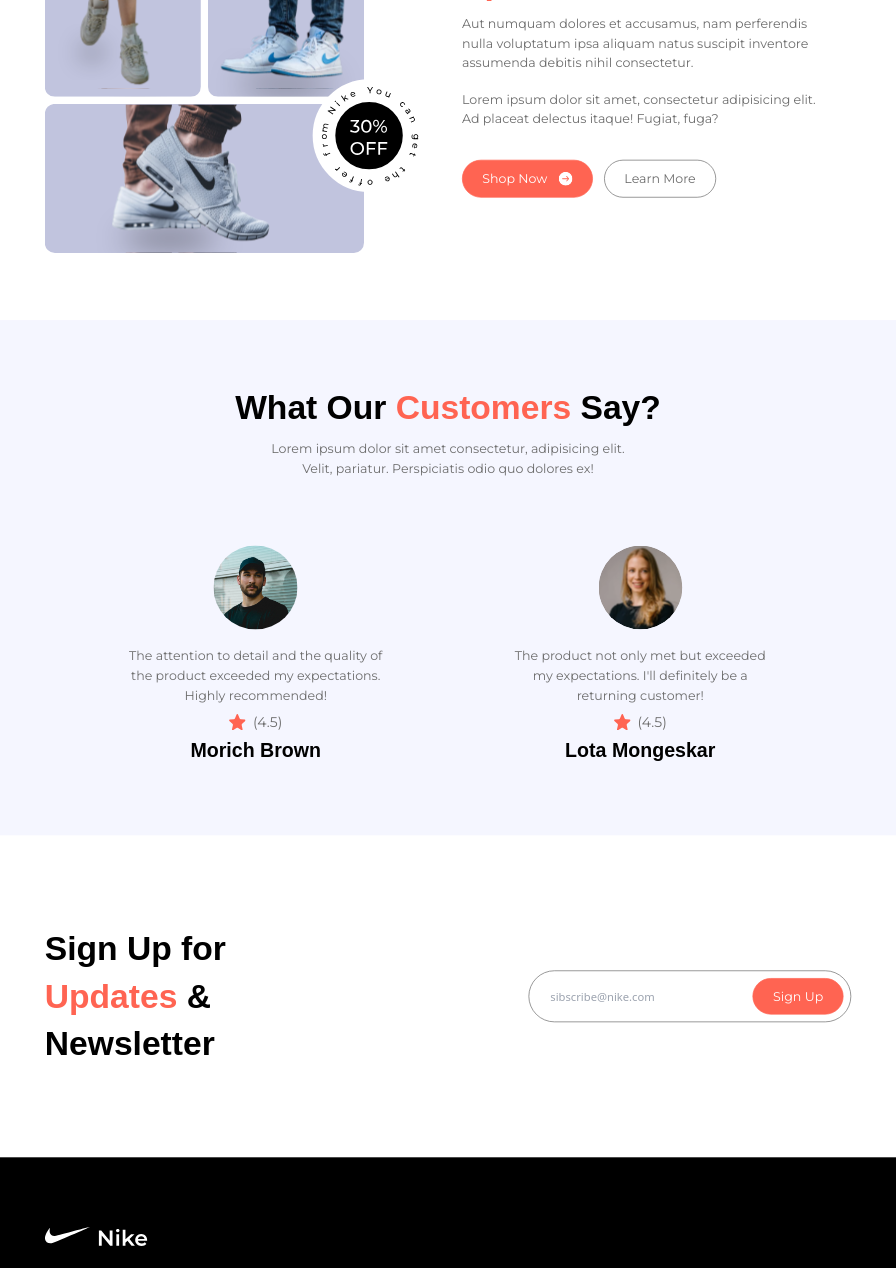
Repository: tynoschuck/nike-landpage
Page: /
These files come from the project's save history. The page is drawn as it stood at one moment and after the next save; the edit follows.
The browser window is 1280 px wide. The pictures show the part of the page from y = 2976 to 4896 px (the page is 4788 px tall before and 4896 px after), at 70% of full size.
Some web fonts or font styles are not loaded; a fallback is used. The project was rebuilt for these pictures with package versions that can differ from the ones it lists, and the page was loaded fresh each time. Also part of the build but not shown: vite.config.js.

Above is the page before, as saved 2023-12-01 14:54:26.

### index.html
<!doctype html>
<html lang="en">
  <head>
    <meta charset="UTF-8" />
    <link rel="icon" type="image/svg+xml" href="favicon.ico?" />
    <meta name="viewport" content="width=device-width, initial-scale=1.0" />
    <title>Nike Site</title>
  </head>
  <body>
    <div id="root"></div>
    <script type="module" src="/src/main.jsx"></script>
  </body>
</html>

### src/App.jsx
import Nav from "./components/Nav";
import { Hero, PopularProducts, CustomerReviews, Footer, Services, SpecialOffer, Subscribe, SuperQuality } from "./sections";

const App = () => (
  <main className="relative">
    <Nav />
    <section className="xl:padding-l wide:padding-r padding-b">
      <Hero />
    </section>
    <section className="padding">
      <PopularProducts />
    </section>
    <section className="padding">
      <SuperQuality />
    </section>
    <section className="padding-x py-10">
      <Services />
    </section>
    <section className="padding">
      <SpecialOffer />
    </section>
    <section className="padding bg-pale-blue">
      <CustomerReviews />
    </section>
    <section className="padding-x sm:py-32 py-16 w-full">
      <Subscribe />
    </section>
    <section className="padding-x padding-t pb-8 bg-black">
      <Footer />
    </section>
  </main>
);

export default App;

### src/components/Nav.jsx
import { headerLogo } from '../assets/images';
import { hamburger } from '../assets/icons';
import { navLinks } from '../constants';

const Nav = () => {
  return (
    <header className='padding-x py-8 absolute z-10 w-full'>
      <nav className='flex justify-between items-center max-container'>
        <a href="/">
          <img
            src={headerLogo}
            alt="logo"
            width={130}
            height={29}
          />
        </a>
        <ul className='flex-1 flex justify-center items-center gap-16 max-lg:hidden'>
          {navLinks.map((item) => (
            <li key={item.label}>
              <a
                href={item.href}
                className="font-montserrat leading-normal text-lg text-slate-gray"
              >
                {item.label}
              </a>
            </li>
          ))}
        </ul>
        <div className='hidden max-lg:block'>
          <img
            src={hamburger}
            alt="Hamburger"
            width={25}
            height={25}
          />
        </div>
      </nav>
    </header>
  )
}

export default Nav

### src/sections/index.js
import Hero from "./Hero";
import PopularProducts from "./PopularProducts";
import Footer from "./Footer";
import CustomerReviews from "./CustomerReviews";
import Services from "./Services";
import SpecialOffer from "./SpecialOffer";
import Subscribe from "./Subscribe";
import SuperQuality from "./SuperQuality";

export {
  Hero,
  PopularProducts,
  Footer,
  CustomerReviews,
  Services,
  SpecialOffer,
  Subscribe,
  SuperQuality,
};

### src/assets/images/index.js
import bigShoe1 from './big-shoe1.png'
import bigShoe2 from './big-shoe2.png'
import bigShoe3 from './big-shoe3.png'

import customer1 from './customer1.jpeg'
import customer2 from './customer2.svg'

import footerLogo from './footer-logo.svg'
import headerLogo from './header-logo.svg'

import offer from './offer.svg'

import shoe4 from './shoe4.svg'
import shoe5 from './shoe5.svg'
import shoe6 from './shoe6.svg'
import shoe7 from './shoe7.svg'
import shoe8 from './shoe8.svg'

import thumbnailBackground from './thumbnail-background.svg'
import thumbnailShoe1 from './thumbnail-shoe1.svg'
import thumbnailShoe2 from './thumbnail-shoe2.svg'
import thumbnailShoe3 from './thumbnail-shoe3.svg'

export {
    bigShoe1,
    bigShoe2,
    bigShoe3,

    customer1,
    customer2,

    footerLogo,
    headerLogo,

    offer,
    shoe4,
    shoe5,
    shoe6,
    shoe7,
    shoe8,

    thumbnailBackground,
    thumbnailShoe1,
    thumbnailShoe2,
    thumbnailShoe3
}

### src/assets/icons/index.js
import arrowRight from './arrow-right.svg'
import chevronLeft from './chevron-left.svg'
import cheveronRight from './chevron-right.svg'
import copyrightSign from './copyright-sign.svg'
import facebook from './facebook.svg'
import hamburger from './hamburger.svg'
import instagram from './instagram.svg'
import support from './support.svg'
import shieldTick from './shield-tick.svg'
import star from './star.svg'
import truckFast from './truck-fast.svg'
import twitter from './twitter.svg'

export {
    arrowRight,
    cheveronRight,
    chevronLeft,
    copyrightSign,
    facebook,
    hamburger,
    instagram,
    support,
    shieldTick,
    star,
    truckFast,
    twitter
}

### src/constants/index.js
import { facebook, instagram, shieldTick, support, truckFast, twitter } from "../assets/icons";
import { bigShoe1, bigShoe2, bigShoe3, customer1, customer2, shoe4, shoe5, shoe6, shoe7, thumbnailShoe1, thumbnailShoe2, thumbnailShoe3 } from "../assets/images";

export const navLinks = [
    { href: "#home", label: "Home" },
    { href: "#about-us", label: "About Us" },
    { href: "#products", label: "Products" },
    { href: "#contact-us", label: "Contact Us" },
];

export const shoes = [
    {
        thumbnail: thumbnailShoe1,
        bigShoe: bigShoe1,
    },
    {
        thumbnail: thumbnailShoe2,
        bigShoe: bigShoe2,
    },
    {
        thumbnail: thumbnailShoe3,
        bigShoe: bigShoe3,
    },
];

export const statistics = [
    { value: '1k+', label: 'Brands' },
    { value: '500+', label: 'Shops' },
    { value: '250k+', label: 'Customers' },
];

export const products = [
    {
        imgURL: shoe4,
        name: "Nike Air Jordan-01",
        price: "$200.20",
        rating: "4.2",
    },
    {
        imgURL: shoe5,
        name: "Nike Air Jordan-10",
        price: "$210.20",
        rating: "4.8",
    },
    {
        imgURL: shoe6,
        name: "Nike Air Jordan-100",
        price: "$220.20",
        rating: "4.5",
    },
    {
        imgURL: shoe7,
        name: "Nike Air Jordan-001",
        price: "$230.20",
        rating: "4.2",
    },
];

export const services = [
    {
        imgURL: truckFast,
        label: "Free shipping",
        subtext: "Enjoy seamless shopping with our complimentary shipping service."
    },
    {
        imgURL: shieldTick,
        label: "Secure Payment",
        subtext: "Experience worry-free transactions with our secure payment options."
    },
    {
        imgURL: support,
        label: "Love to help you",
        subtext: "Our dedicated team is here to assist you every step of the way."
    },
];

export const reviews = [
    {
        imgURL: customer1,
        customerName: 'Morich Brown',
        rating: 4.5,
        feedback: "The attention to detail and the quality of the product exceeded my expectations. Highly recommended!"
    },
    {
        imgURL: customer2,
        customerName: 'Lota Mongeskar',
        rating: 4.5,
        feedback: "The product not only met but exceeded my expectations. I'll definitely be a returning customer!"
    }
];


export const footerLinks = [
    {
        title: "Products",
        links: [
            { name: "Air Force 1", link: "/" },
            { name: "Air Max 1", link: "/" },
            { name: "Air Jordan 1", link: "/" },
            { name: "Air Force 2", link: "/" },
            { name: "Nike Waffle Racer", link: "/" },
            { name: "Nike Cortez", link: "/" },
        ],
    },
    {
        title: "Help",
        links: [
            { name: "About us", link: "/" },
            { name: "FAQs", link: "/" },
            { name: "How it works", link: "/" },
            { name: "Privacy policy", link: "/" },
            { name: "Payment policy", link: "/" },
        ],
    },
    {
        title: "Get in touch",
        links: [
            { name: "customer@nike.com", link: "mailto:customer@nike.com" },
            { name: "+92554862354", link: "tel:+92554862354" },
        ],
    },
];

export const socialMedia = [
    { src: facebook, alt: "facebook logo" },
    { src: twitter, alt: "twitter logo" },
    { src: instagram, alt: "instagram logo" },
];

### src/sections/Hero.jsx
import { useState } from "react";
import { arrowRight } from "../assets/icons";
import Button from "../components/Button";
import { shoes, statistics } from "../constants";
import { bigShoe1 } from "../assets/images";
import Shoecard from "../components/Shoecard";

const Hero = () => {

  const [bigShoeImg, setBigShoeImg] = useState(bigShoe1)

  return (
    <section
      id="home"
      className="w-full flex xl:flex-row flex-col justify-center min-h-screen gap-10 max-container">
        <div className="relative xl:w-2/5 flex flex-col justify-center items-start w-full max-xl:padding-x pt-28">
          <p className="text-xl font-montserrat text-coral-red">Our Summer Collection</p>
          <h1 className="mt-10 font-palanquin text-8xl max-sm:text-[72px] max-sm:leading-[82px] font-bold">
            <span className="xl:bg-white xl:whitespace-nowrap relative z-10 pr-10">The New Arrival</span>
            <br />
            <span className="text-coral-red inline-block mt-3">Nike</span> Shoes
          </h1>
          <p className="font-montserrat text-slate-gray text-lg leading-8 mt-6 mb-14 sm:max-w-sm"> Discover the new arrivals</p>
          <Button label='Shop now' iconUrl={arrowRight}/>
          <div className="flex justify-start items-start flex-wrap w-full mt-20 gap-16">
            {statistics.map((stat) => (
              <div key={stat.label}>
                <p className="text-4xl font-palanquin font-bold">
                  {stat.value}
                </p>
                <p className="leading-7 font-montserrat text-slate-gray">
                  {stat.label}
                </p>
              </div>
            ))}
          </div>
        </div>
        <div className="relative flex-1 flex justify-center items-center xl:min-h-screen max-xl:py-40 bg-primary bg-hero bg-cover bg-center">
          <img
            src={bigShoeImg}
            alt="shoe collection"
            width={610}
            height={500}
            className="object-contain relative z-10"
          />
          <div className="flex sm:gap-6 gap-4 absolute -bottom-[5%] sm:left-[10%] max-sm:px-6">
            {shoes.map((shoe,) => (
              <div key={shoe}>
                <Shoecard
                  imgURL={shoe}
                  changeBigShoeImage={(shoe) => setBigShoeImg (shoe)}
                  bigShoeImg={bigShoeImg}
                />
              </div>
            ))}
          </div>

        </div>
      </section>
  )
}

export default Hero

### src/sections/PopularProducts.jsx
import PopularProductCard from "../components/PopularProductCard"
import { products } from "../constants"

const PopularProducts = () => {
  return (
    <section
      id="products"
      className="max-container max-sm:mt-12"
    >
      <div className="flex flex-col justify-start gap-5">
        <h2 className="text-4xl font-palanquin font-bold">Lorem <span className="text-coral-red
        ">ipsum</span> dolor sit amet </h2>
        <p className="lg:max-w-lg mt-2 font-montserrat">Deleniti aliquid, dolorum quod velit possimus quibusdam sed sit voluptatum hic minima. </p>
      </div>
      <div className="mt-16 grid lg:grid-cols-4 md:grid-cols-3 sm:grid-cols-2 grid-cols-1 sm:gap-6 gap-14">
        {products.map((product) =>(
          <PopularProductCard
            key={product.name}
            {...product}
          />
        ))}
      </div>
    </section>
  )
}

export default PopularProducts

### src/sections/Footer.jsx
import { footerLogo } from "../assets/images"

const Footer = () => {
  return (
    <footer className="max-container">
      <div className="flex justify-between items-start gap-20 flex-wrap max-lg:flex-col">
        <div className="flex flex-col item-start">
          <a href="/">
            <img
            src={footerLogo}
            alt="footer-logo"
            width={150}
            height={46}
            />
          </a>
        </div>
      </div>
    </footer>
  )
}

export default Footer

### src/sections/CustomerReviews.jsx
import ReviewCard from "../components/ReviewCard"
import { reviews } from "../constants"

const CustomerReviews = () => {
  return (
    <section className="max-container">
      <h3 className="font-palanquin text-center text-4xl font-bold">
        What Our <span className="text-coral-red">Customers</span> Say?
      </h3>
      <p className="info-text m-auto mt-4 max-w-lg text-center">
        Lorem ipsum dolor sit amet consectetur, adipisicing elit. Velit, pariatur. Perspiciatis odio quo dolores ex!
      </p>
      <div className="mt-24 flex flex-1 justify-evenly items-center max-lg:flex-col gap-14">
        {reviews.map((review) => (
          <ReviewCard
            key={review.customerName}
            imgURL={review.imgURL}
            customerName={review.customerName}
            rating={review.rating}
            feedback={review.feedback}
          />
        ))}
      </div>
    </section>
  )
}

export default CustomerReviews

### src/sections/Services.jsx
import ServiceCard from "../components/ServiceCard"
import { services } from "../constants"

const Services = () => {
  return (
    <section className="max-container flex justify-center flex-wrap gap-9">
      {services.map((service) => (
        <ServiceCard
        key={service.label}
        {...service} />
      ))}
    </section>
  )
}

export default Services

### src/sections/SpecialOffer.jsx
import { arrowRight } from "../assets/icons"
import { offer } from "../assets/images"
import Button from "../components/Button"

const SpecialOffer = () => {
  return (
    <section className="flex justify-wrap items-center max-xl:flex-col-reverse gap-10 max-container">
      <div className="flex-1">
        <img
          src={offer}
          width={772}
          height={687}
          className="object-contain w-full"
        />
      </div>
      <div className="flex flex-1 flex-col">
        <h2 className="font-palanquin text-4xl capitalize font-bold lg:max-w-lg">
          <span className="text-coral-red">Special</span> Offer
        </h2>
        <p className="mt-4 lg:max-w-lg info-text">Aut numquam dolores et accusamus, nam perferendis nulla voluptatum ipsa aliquam natus suscipit inventore assumenda debitis nihil consectetur.</p>
        <p className="mt-6 lg:max-w-lg info-text">Lorem ipsum dolor sit amet, consectetur adipisicing elit. Ad placeat delectus itaque! Fugiat, fuga?</p>
        <div className="mt-11 flex flex-wrap gap-4">
          <Button
          label='Shop Now'
          iconUrl={arrowRight}
          />
          <Button
          label='Learn More'
          backgroundColor='bg-white'
          borderColor='border-slate-gray'
          textColor='text-slate-gray'
          />
        </div>
      </div>
    </section>
  )
}

export default SpecialOffer

### src/sections/Subscribe.jsx
import Button from "../components/Button"

const Subscribe = () => {
  return (
    <section
      className="max-container flex justify-between items-center max-lg:flex-col gap-10"
      id="contact-us"
    >
      <h3 className="text-4xl leading-[68px] lg:max-w-md font-palanquin font-bold">Sign Up for <span className="text-coral-red">Updates</span> & Newsletter</h3>
      <div className="lg:max-w-[40%] w-full flex items-center max-sm:flex-col gap-5 p-2.5 sm:border sm:border-slate-gray rounded-full">
        <input type="text" placeholder="sibscribe@nike.com" className="input" />
        <div className="flex max-sm:justify-end items-center max-sm:w-full">
          <Button label='Sign Up' fullWidth/>
        </div>
      </div>
    </section>
  )
}

export default Subscribe

### src/sections/SuperQuality.jsx
import Button from "../components/Button"
import { shoe8 } from "../assets/images"

const SuperQuality = () => {
  return (
    <section
      id="about-us"
      className="flex justify-between items-center max-lg:flex-col gap-10 w-full max-container"
    >
      <div className="flex flex-1 flex-col">
        <h2 className="font-palanquin text-4xl capitalize font-bold lg:max-w-lg">
          We Provide You <span className="text-coral-red">Super</span> <span className="text-coral-red">Quality</span> Shoes

        </h2>
        <p className="mt-4 lg:max-w-lg info-text">Lorem ipsum dolor sit amet, consectetur adipisicing elit. Aut numquam dolores et accusamus, nam perferendis nulla voluptatum ipsa aliquam natus suscipit inventore assumenda debitis nihil consectetur.</p>
        <p className="mt-6 lg:max-w-lg info-text">Ad placeat delectus itaque! Fugiat, fuga?</p>
        <div className="mt-11">
          <Button label='View Details' /></div>
        </div>
        <div className="flex-1 flex justify-center items-center">
          <img
            src={shoe8}
            alt="shoe8"
            width={570}
            height={522}
            className="object-contain"
          />
        </div>
    </section>
  )
}

export default SuperQuality

### src/components/Button.jsx
const Button = ({ label, iconUrl, backgroundColor, borderColor, textColor, fullWidth }) => {
  return (
    <button className={`flex justify-center items-center gap-2 px-7 py-4 border font-montserrat text-lg leading-none
    ${backgroundColor
    ? `${backgroundColor} ${textColor} ${borderColor}`
    :  'bg-coral-red  text-white border-coral-red'} rounded-full
    ${fullWidth && 'w-full'}`}>
      {label}
      {iconUrl && <img
        src={iconUrl}
        alt="arrow right icon"
        className="ml-2 rounded-full w-5 h-5"
      />}
    </button>
  )
}

export default Button

### src/components/Shoecard.jsx
const Shoecard = ({ imgURL, changeBigShoeImage, bigShoeImg }) => {

  const handleClick =() => {
    if(bigShoeImg !== imgURL.bigShoe) {
      changeBigShoeImage(imgURL.bigShoe)
    }
  }

  return (
    <div
      className={`border-2 rounded-xl ${bigShoeImg === imgURL.bigShoe ? 'border-coral-red' : 'border-transparent'} cursor-pointer max-sm:flex-1`}
      onClick={handleClick}
    >
      <div className="flex justify-center items-center bg-card bg-center bg-cover sm:w-40 sm:h-40 rounded-xl max-sm:p-4">
        <img
          src={imgURL.thumbnail}
          alt='shoe collection'
          width={127}
          height={103}
          className="object-contain"
        />
      </div>
    </div>
  )
}

export default Shoecard

### src/components/PopularProductCard.jsx
import { star } from "../assets/icons"

const PopularProductCard = ({ imgURL, name, price, rating }) => {
  return (
    <div className="flex flex-1 flex-col w-full max-sm:w-full">
      <img src={imgURL} alt={name} height={280} width={280} />
      <div className="mt-8 flex justify-start gap-2.5">
        <img src={star} alt="rating" height={24} width={24} />
        <p className="font-montserrat text-xl leading-normal text-slate-gray">({rating})</p>
      </div>
      <h3 className="mt-2 text-2xl leading-normal font-semibold font-palanquin">{name}</h3>
      <p className="mt-2 font-semibold font-montserrat text-coral-red text-2xl leading-normal">{price}</p>
    </div>
  )
}

export default PopularProductCard

### src/components/ReviewCard.jsx
import { star } from "../assets/icons"

const ReviewCard = ({ imgURL, customerName, rating, feedback }) => {
  return (
    <div className="flex justify-center items-center flex-col">
      <img
        src={imgURL}
        alt="customer"
        className="rounded-full object-cover"
        width={120}
        height={120}
      />
      <p className="mt-6 max-w-sm text-center info-text">{feedback}</p>
      <div className="mt-3 flex justify-center items-center gap-2.5">
        <img
        src={star}
        alt="star"
        className="object-contain m-0"
        width={24}
        height={24}
        />
        <p className="text-xl font-montserrat text-slate-gray">({rating})</p>
      </div>
      <h3 className="mt-1 font-palanquin text-3xl text-center font-bold">{customerName}</h3>
    </div>
  )
}

export default ReviewCard

### src/components/ServiceCard.jsx
const ServiceCard = ({ imgURL, label, subtext }) => {
  return (
    <div className="flex-1 sm:w-[350px] sm:min-w-[350px] w-full rounded-[20px] shadow-3xl px-10 py-16">
      <div className="w-11 h-11 flex justify-center items-center bg-coral-red rounded-full">
        <img src={imgURL} alt={label} width={24} height={24} />
      </div>
      <h3 className="mt-5 font-palanquin text-3xl leading-normal font-bold">{label}</h3>
      <p className="mt-3 break-words font-montserrat text-lg leading-normal text-slate-gray">{subtext}</p>
    </div>
  )
}

export default ServiceCard

Loaded but not shown: src/main.jsx (common file); src/index.css (common file); tailwind.config.js (common file)

After the next save:
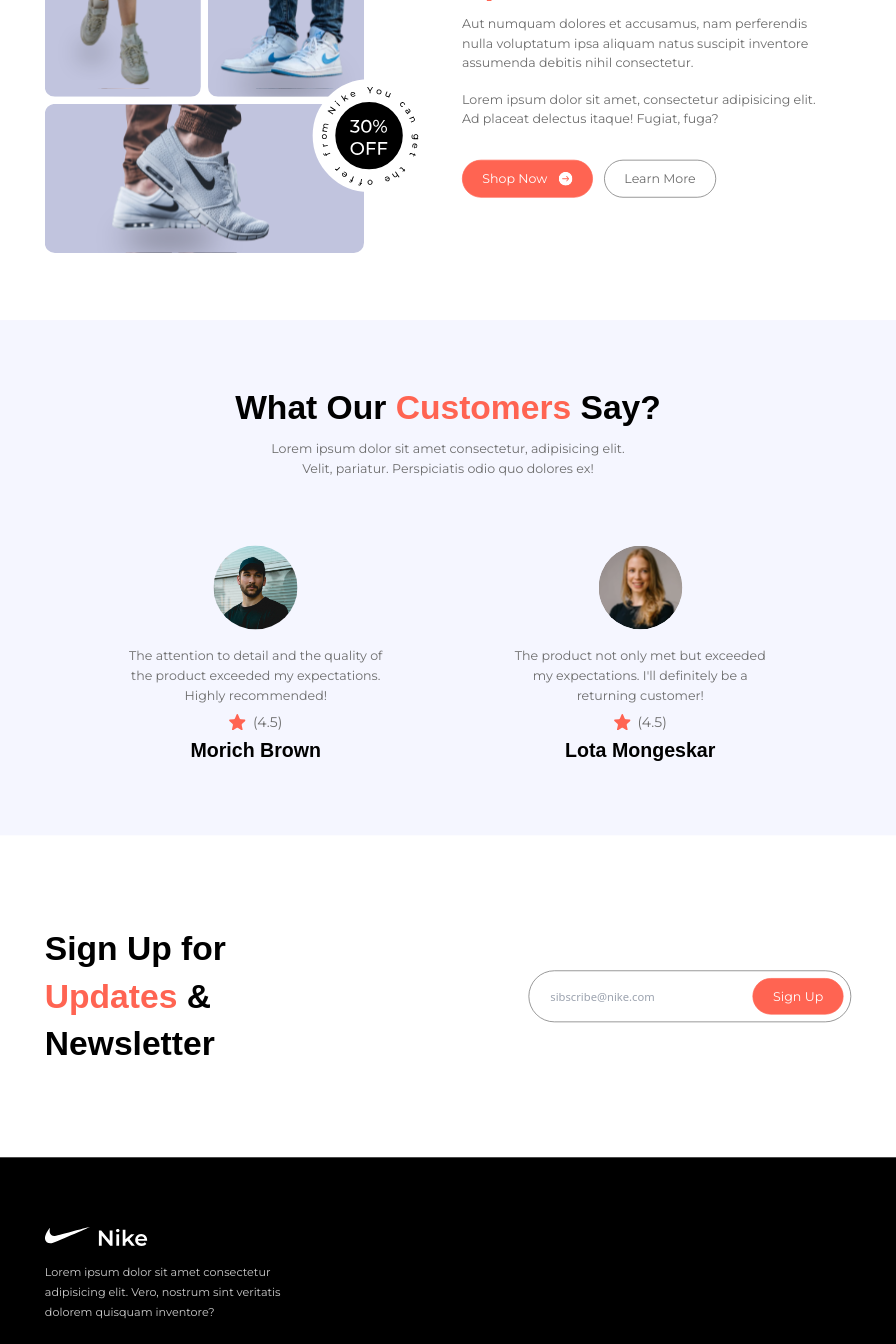
Saved 87 s later.
--- a/src/sections/Footer.jsx
+++ b/src/sections/Footer.jsx
@@ -7,12 +7,15 @@
         <div className="flex flex-col item-start">
           <a href="/">
             <img
-            src={footerLogo}
-            alt="footer-logo"
-            width={150}
-            height={46}
+              src={footerLogo}
+              alt="footer-logo"
+              width={150}
+              height={46}
             />
           </a>
+          <p className="mt-6 text-base leading-7 font-montserrat text-white-400 sm:max-w-sm">
+            Lorem ipsum dolor sit amet consectetur adipisicing elit. Vero, nostrum sint veritatis dolorem quisquam inventore?
+          </p>
         </div>
       </div>
     </footer>
